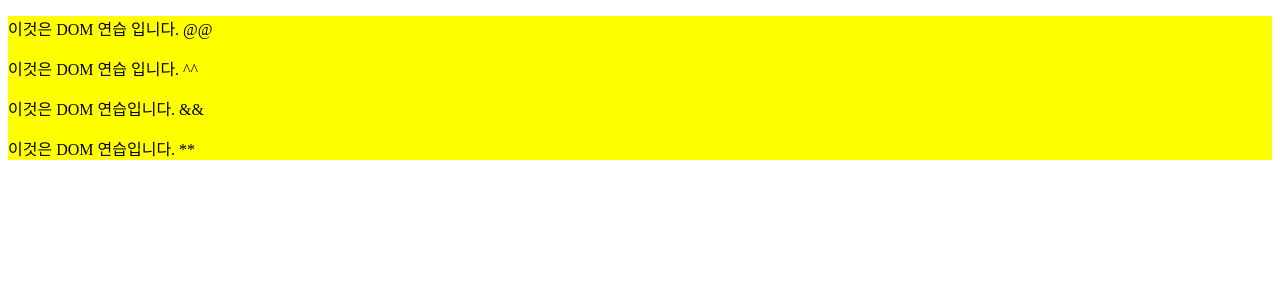
Repository: shinsil0601/webstudy
Page: 03_JavaScript/src/main/webapp/day03/ex10_DOM.html
The author's editor kept a copy of each file at every save. The page is drawn from the files as they stood at one save, then again after the next save.
The browser window is 1280 px wide. The pictures show the whole page.

Above is the page before, as saved 2023-06-29 06:42:47.
Console error: TypeError: p1.remove is not a function

### 03_JavaScript/src/main/webapp/day03/ex10_DOM.html
<!DOCTYPE html>
<html>
<head>
<meta charset="UTF-8">
<title>Insert title here</title>
<style type="text/css">
	#myBox{
		background-color: yellow;
	}
</style>
</head>
<body>
	<div id="myBox">
		<p id="p1">이것은 DOM 연습 입니다. @@</p>
		<p id="p1">이것은 DOM 연습 입니다. ^^</p>
	</div>
<script type="text/javascript">
	// html 요소 추가 및 삭제
	// document.createElement(element)  : element 태그 생성
	// document.createText(text)		: text 생성
	// document.appendChild(element)	: 자식요소 추가
	// .append(element)					: 요소 추가
	// document.removeChild(element)	: 자식요소 삭제
	// .remove(element)					: 요소 삭제
	// insertBefore(요소1, 요소2)		: 요소1이 요소2 앞에 삽입

	//추가
	var p = document.createElement("p"); //p태그 생성
	var p_txt = document.createTextNode("이것은 DOM 연습입니다. **");

	// 생성된 글자가 새로 만든 p태그안에 들어가게 하자.
	p.appendChild(p_txt);

	var div = document.getElementById("myBox");
	div.appendChild(p);

	var p2 = document.createElement("p"); //p태그 생성
	var p2_txt = document.createTextNode("이것은 DOM 연습입니다. &&");
	p2.appendChild(p2_txt);

	div.insertBefore(p2, p);

	// 삭제
	var k = document.getElementById("p1");
	p1.remove();


</script>
</body>
</html>

After the next save:
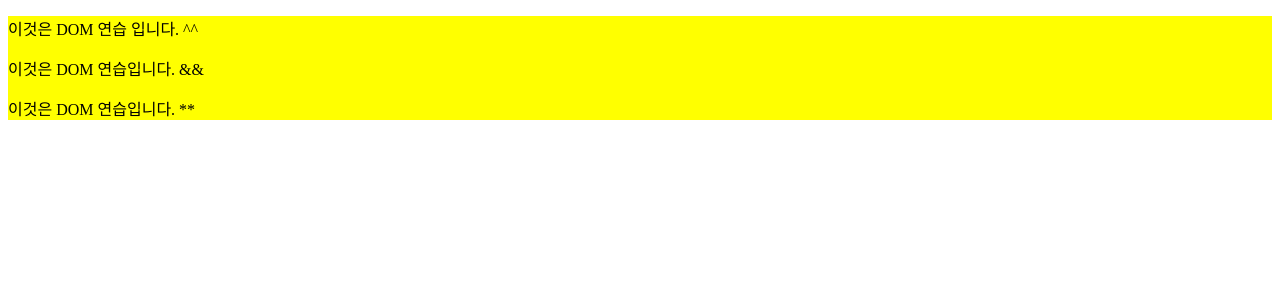
The error is gone.
Saved 42 s later.
--- a/03_JavaScript/src/main/webapp/day03/ex10_DOM.html
+++ b/03_JavaScript/src/main/webapp/day03/ex10_DOM.html
@@ -42,7 +42,7 @@
 
 	// 삭제
 	var k = document.getElementById("p1");
-	p1.remove();
+	k.remove();
 
 
 </script>
